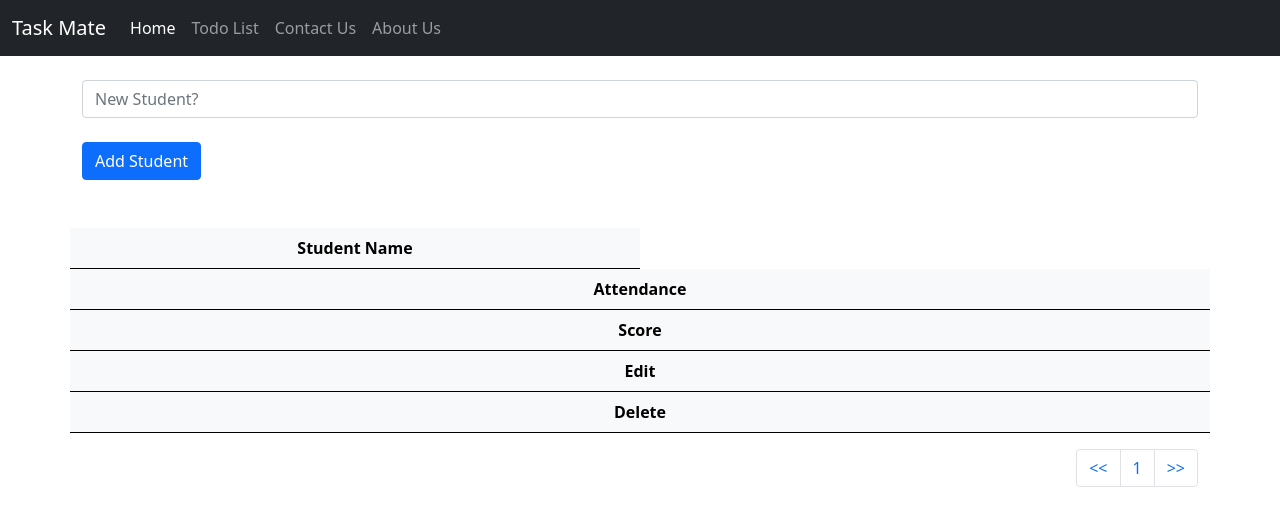
Repository: itathagata/Registration_System
Page: http://localhost/todolist/?pg=1
These files come from the project's save history. The page is drawn as it stood at one moment and after the next save; the edit follows.
The browser window is 1280 px wide. The pictures show the whole page.
The page is served by the project's application, run on Django 2.2 (manage.py). Queries for data that is not in the repository find no rows.

Above is the page before, as saved 2021-06-05 02:54:17.

After the next save:
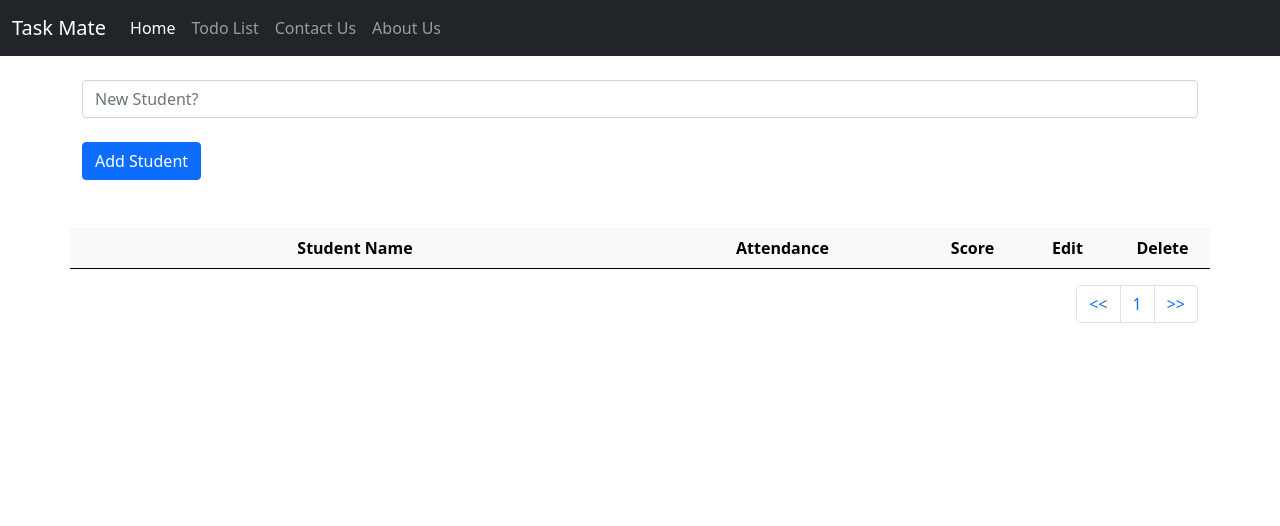
Saved 2 min 41 s later.
--- a/todolist_app/templates/todolist.html
+++ b/todolist_app/templates/todolist.html
@@ -33,10 +33,10 @@
   <thead>
     <tr class="row">
       <th class="col-6">Student Name</th>
-      <th scope="col-3">Attendance</th>
-      <th scope="col-1">Score</th>
-      <th scope="col-1">Edit</th>
-      <th scope="col-1">Delete</th>
+      <th class="col-3">Attendance</th>
+      <th class="col-1">Score</th>
+      <th class="col-1">Edit</th>
+      <th class="col-1">Delete</th>
     </tr>
   </thead>
     <tbody>
